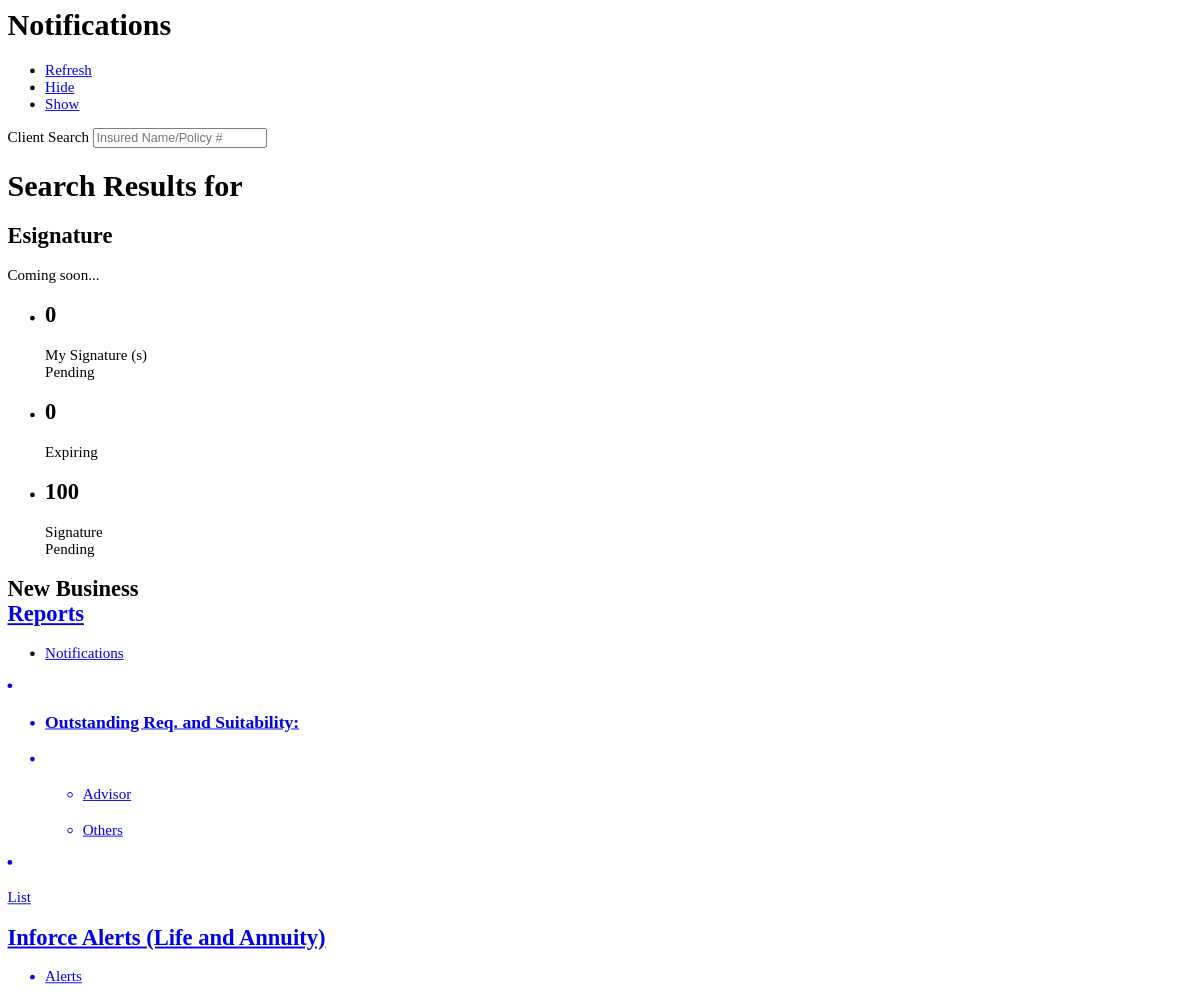
Repository: thakurvishal1990/angular_demo
Page: partials/dashboard.html
The author's editor kept a record of every edit. The page is drawn from the files as they stood at one moment, then again after the next edit.
The browser window is 1280 px wide. The pictures show the whole page, at 94% of full size.

Above is the page before.

After the next edit:
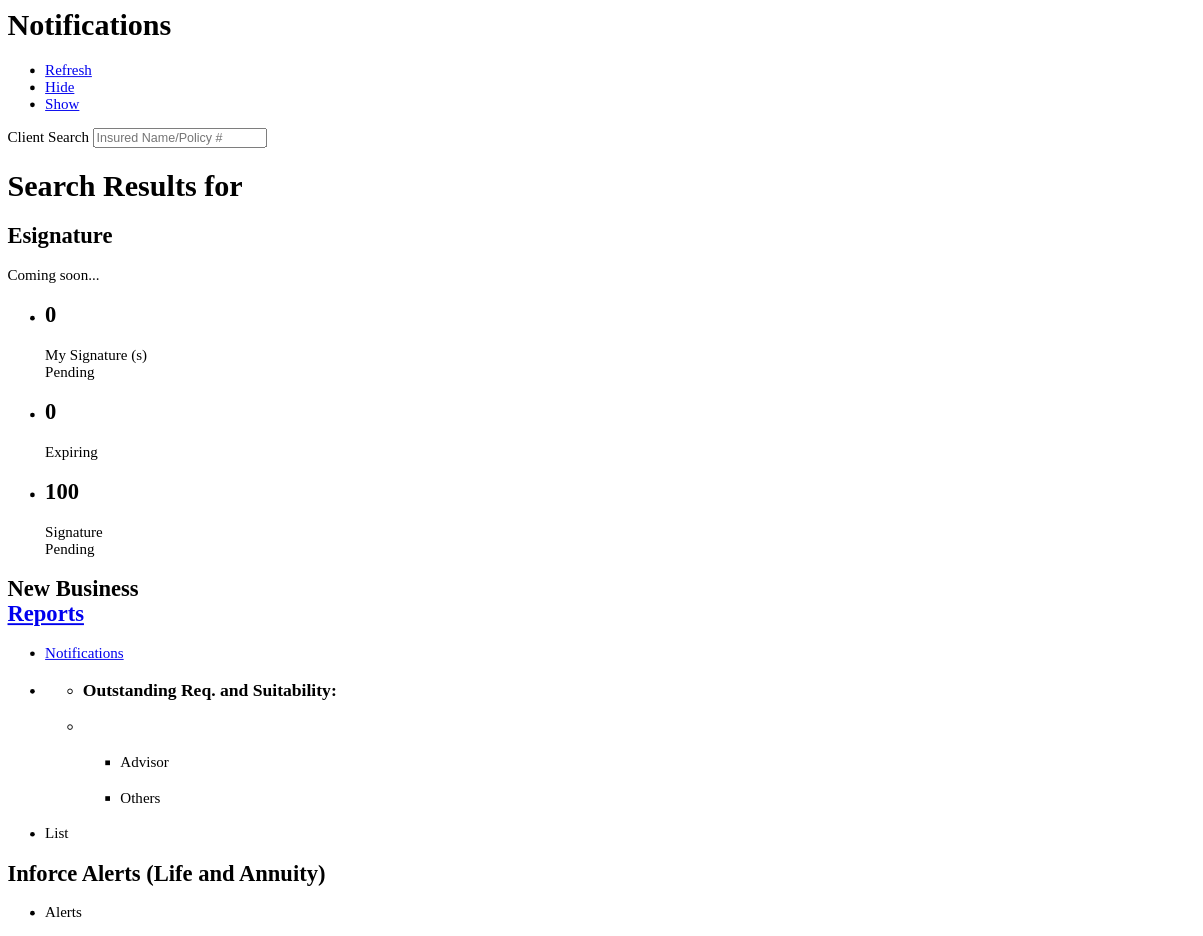
The edit:
--- a/partials/dashboard.html
+++ b/partials/dashboard.html
@@ -100,7 +100,7 @@
 												<span class="pull-left notifications-content col-blue"> Notifications</span>
 												<span class="pull-right right-arrow-wrapper"> </span>
 											</div>
-										</div>
+										</a>
 									</li>
 									<li class="col-xs-6  col-md-4">
 										<div class="outstanding-req clearfix">
